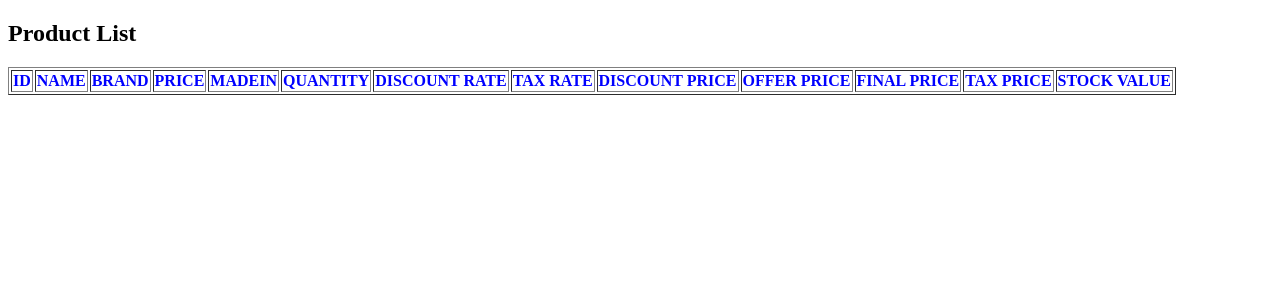
Repository: sohail1810/Product
Page: http://localhost/Product-list
The author's editor kept a copy of each file at every save. The page is drawn from the files as they stood at one save, then again after the next save.
The browser window is 1280 px wide. The pictures show the whole page.
The page is this project's Thymeleaf template; nobody is signed in. The template is opened directly, without the code that normally fills it, so the values that code supplies are empty.

Above is the page before, as saved 2024-12-21 07:20:49.

After the next save:
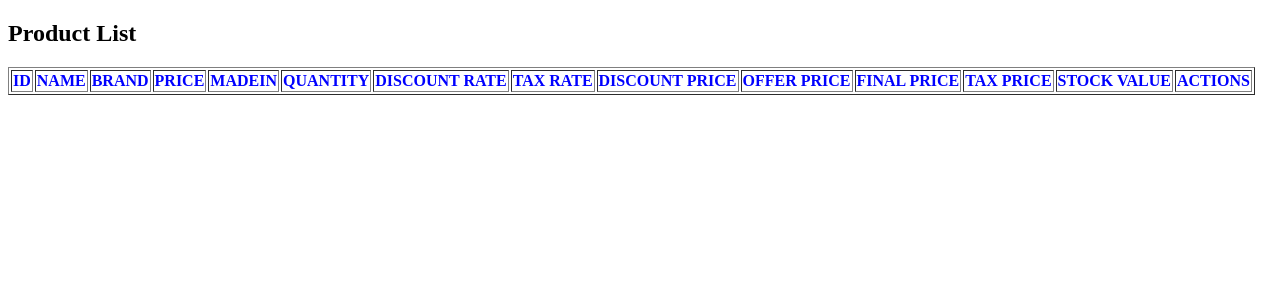
Saved 101 s later.
--- a/SpringBootMVC-1/src/main/resources/templates/Product-list.html
+++ b/SpringBootMVC-1/src/main/resources/templates/Product-list.html
@@ -23,6 +23,7 @@
 <th>FINAL PRICE</th>
 <th>TAX PRICE</th>
 <th>STOCK VALUE</th>
+<th>ACTIONS</th>
 </tr>
 </thead>
 <tbody>
@@ -40,6 +41,7 @@
 <td th:text="${product.finalPrice}"></td>
 <td th:text="${product.taxPrice}"></td>
 <td th:text="${product.stockValue}"></td>
+
 </tr>
 </tbody>
 </table>
